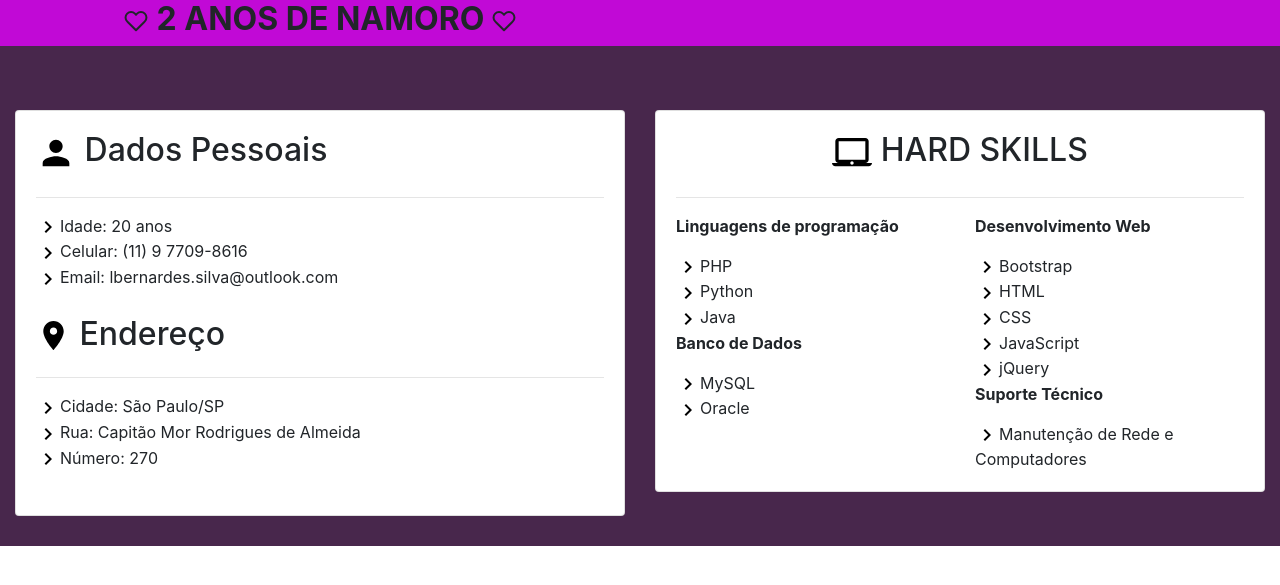
Repository: MeuAmor/meuamor.github.io
Page: index.html
An editor plug-in stored every save of this project. The page is shown before and after the next save, followed by the edit.
The browser window is 1280 px wide. The pictures show the whole page.

Above is the page before, as saved 2019-08-19 23:23:16.

After the next save:
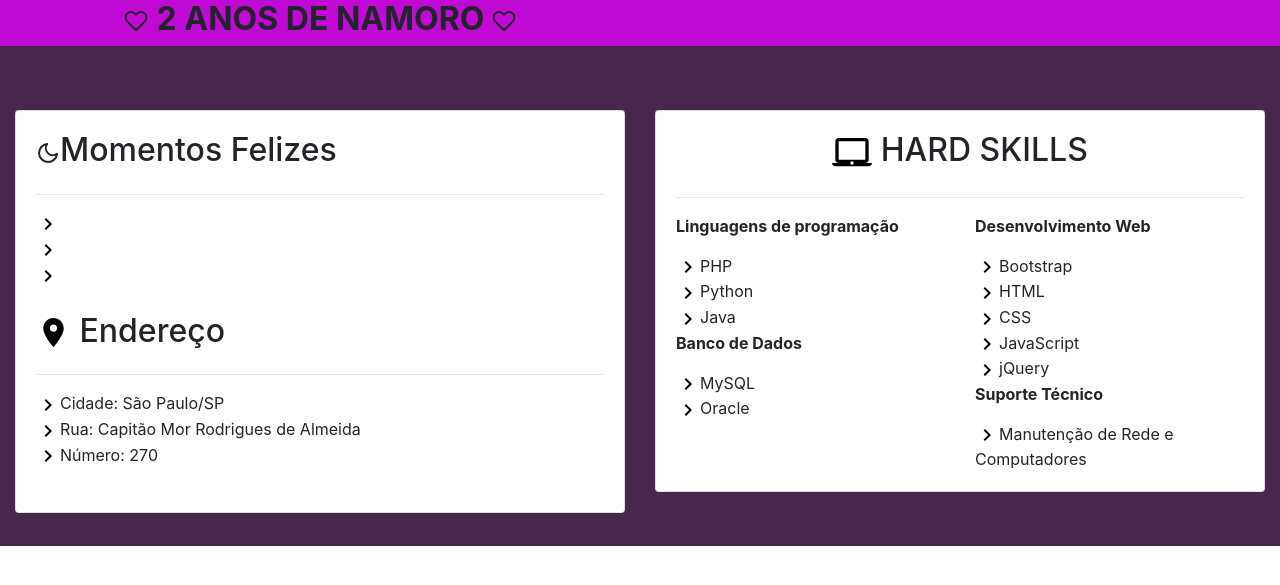
Saved 7 min 47 s later.
--- a/index.html
+++ b/index.html
@@ -61,22 +61,23 @@
 
 	<div class="col-md-6" style="margin-top: 5%;">
 		<div class="card card-body">
-				<h2> <svg xmlns="http://www.w3.org/2000/svg" width="40" height="40" viewBox="0 0 24 24"><path d="M12 12c2.21 0 4-1.79 4-4s-1.79-4-4-4-4 1.79-4 4 1.79 4 4 4zm0 2c-2.67 0-8 1.34-8 4v2h16v-2c0-2.66-5.33-4-8-4z"/><path d="M0 0h24v24H0z" fill="none"/></svg> Dados Pessoais</h2>
+                <h2> <svg xmlns="http://www.w3.org/2000/svg" width="24" height="24" viewBox="0 0 24 24" fill="none" stroke="currentColor" stroke-width="2" stroke-linecap="round" stroke-linejoin="round" class="feather feather-moon">
+                    <path d="M21 12.79A9 9 0 1 1 11.21 3 7 7 0 0 0 21 12.79z"/></svg>Momentos Felizes</h2>
 				<hr>
 					<div>
 
 						<svg xmlns="http://www.w3.org/2000/svg" width="24" height="24" viewBox="0 0 24 24">
 							<path d="M8.59 16.59L13.17 12 8.59 7.41 10 6l6 6-6 6-1.41-1.41z"/>
 							<path fill="none" d="M0 0h24v24H0V0z"/>
-						</svg>Idade: 20 anos<br>
+						</svg><br>
 						<svg xmlns="http://www.w3.org/2000/svg" width="24" height="24" viewBox="0 0 24 24">
 							<path d="M8.59 16.59L13.17 12 8.59 7.41 10 6l6 6-6 6-1.41-1.41z"/>
 							<path fill="none" d="M0 0h24v24H0V0z"/>
-						</svg>Celular: (11) 9 7709-8616<br>
+						</svg><br>
 						<svg xmlns="http://www.w3.org/2000/svg" width="24" height="24" viewBox="0 0 24 24">
 							<path d="M8.59 16.59L13.17 12 8.59 7.41 10 6l6 6-6 6-1.41-1.41z"/>
 							<path fill="none" d="M0 0h24v24H0V0z"/>
-						</svg>Email: lbernardes.silva@outlook.com<br><br>
+						</svg><br><br>
 					</div>
 
 				<h2> <svg xmlns="http://www.w3.org/2000/svg" width="35" height="35" viewBox="0 0 24 24"><path d="M12 2C8.13 2 5 5.13 5 9c0 5.25 7 13 7 13s7-7.75 7-13c0-3.87-3.13-7-7-7zm0 9.5c-1.38 0-2.5-1.12-2.5-2.5s1.12-2.5 2.5-2.5 2.5 1.12 2.5 2.5-1.12 2.5-2.5 2.5z"/><path d="M0 0h24v24H0z" fill="none"/></svg> Endereço</h2>
